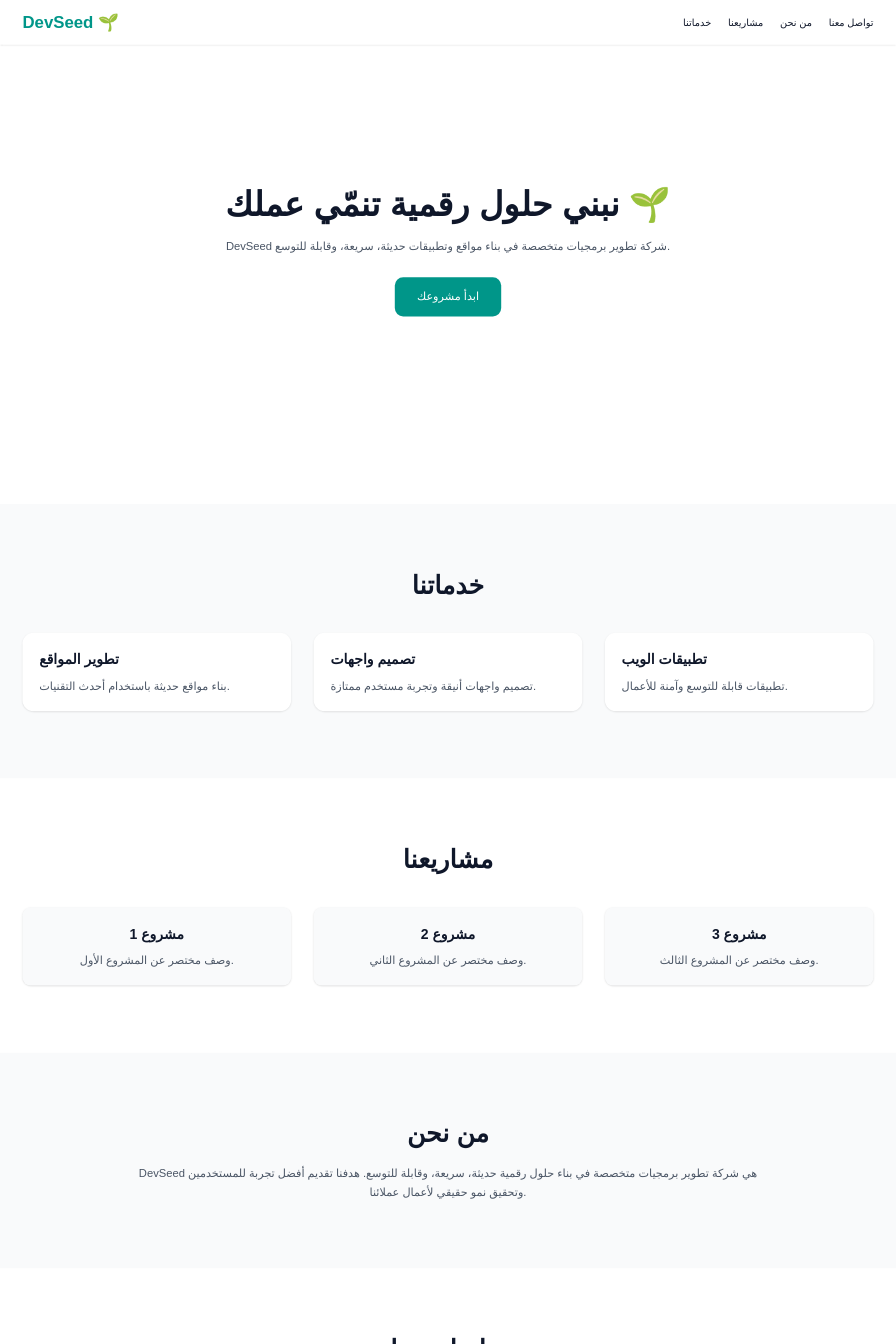
Repository: Ah-m-ed-Dev/devseed
Page: /
These files come from the project's save history. The page is drawn as it stood at one moment and after the next save; the edit follows.
The browser window is 1280 px wide. The pictures show the part of the page from y = 0 to 1920 px (the page is 2602 px tall), at 70% of full size.
The project was rebuilt for these pictures with package versions that can differ from the ones it lists, and the page was loaded fresh each time. The framework's server and built-in components were replaced by stand-ins that run in the browser. Also part of the build but not shown: next.config.mjs.

Above is the page before, as saved 2026-01-14 15:00:35.

After the next save:
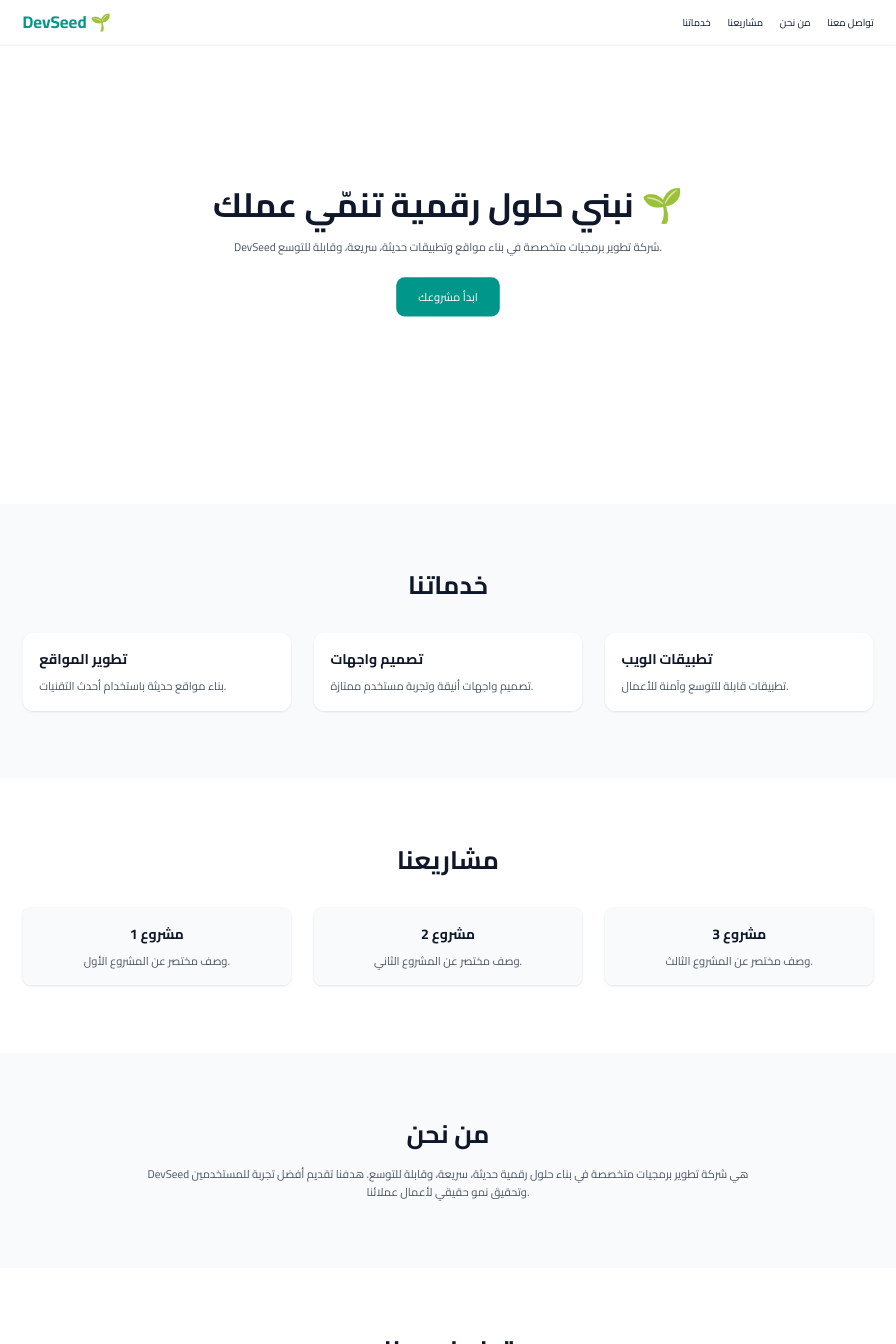
Saved 2 min 46 s later.
--- a/app/layout.js
+++ b/app/layout.js
@@ -2,15 +2,20 @@
 import Navbar from "@/components/layout/navbar";
 import Footer from "@/components/layout/footer";
 
+// نستورد خط Cairo من Next.js Google Fonts
+import { Cairo } from "next/font/google";
+
+const cairo = Cairo({ subsets: ["arabic"], weight: ["400","700"] });
+
 export const metadata = {
   title: "DevSeed",
-  description: "We build scalable digital products",
+  description: "نبني حلول رقمية قابلة للتوسع",
 };
 
 export default function RootLayout({ children }) {
   return (
     <html lang="ar">
-      <body className="bg-white text-slate-900">
+      <body className={`${cairo.className} bg-white text-gray-900`}>
         <Navbar />
         {children}
         <Footer />
